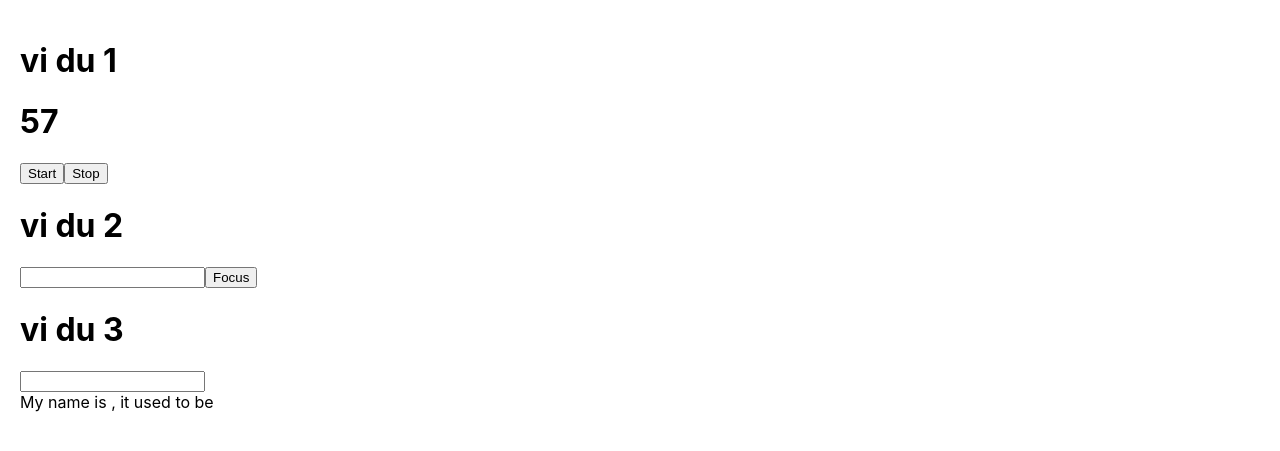
Repository: haidawngvn/hooks-bible
Page: /, after clicking the first element matching `button`
These files come from the project's save history. The page is drawn as it stood at one moment and after the next save; the edit follows.
The browser window is 1280 px wide. The pictures show the whole page.
The project was rebuilt for these pictures with package versions that can differ from the ones it lists, and the page was loaded fresh each time.

Above is the page before, as saved 2022-07-29 10:50:53.

### public/index.html
<!DOCTYPE html>
<html lang="en">
  <head>
    <meta charset="utf-8" />
    <link rel="icon" href="%PUBLIC_URL%/favicon.ico" />
    <meta name="viewport" content="width=device-width, initial-scale=1" />
    <meta name="theme-color" content="#000000" />
    <meta
      name="description"
      content="Web site created using create-react-app"
    />
    <link rel="apple-touch-icon" href="%PUBLIC_URL%/logo192.png" />
    <!--
      manifest.json provides metadata used when your web app is installed on a
      user's mobile device or desktop. See https://developers.google.com/web/fundamentals/web-app-manifest/
    -->
    <link rel="manifest" href="%PUBLIC_URL%/manifest.json" />
    <!--
      Notice the use of %PUBLIC_URL% in the tags above.
      It will be replaced with the URL of the `public` folder during the build.
      Only files inside the `public` folder can be referenced from the HTML.

      Unlike "/favicon.ico" or "favicon.ico", "%PUBLIC_URL%/favicon.ico" will
      work correctly both with client-side routing and a non-root public URL.
      Learn how to configure a non-root public URL by running `npm run build`.
    -->
    <title>Hooks Examples</title>
  </head>
  <body>
    <noscript>You need to enable JavaScript to run this app.</noscript>
    <div id="root"></div>
    <!--
      This HTML file is a template.
      If you open it directly in the browser, you will see an empty page.

      You can add webfonts, meta tags, or analytics to this file.
      The build step will place the bundled scripts into the <body> tag.

      To begin the development, run `npm start` or `yarn start`.
      To create a production bundle, use `npm run build` or `yarn build`.
    -->
  </body>
</html>

### src/index.js
import React from 'react';
import ReactDOM from 'react-dom/client';
import './index.css';
import App from './App';
import reportWebVitals from './reportWebVitals';


// Fake auto comment function
function emitComment(id) {
    setInterval(() => {
        window.dispatchEvent(
            new CustomEvent(`lesson-${id}`, {
                detail: `comment on lession-${id}`
            })
        )
    }, 2000)
}

emitComment(1)
emitComment(2)
emitComment(3)

const root = ReactDOM.createRoot(document.getElementById('root'));
root.render(
//   <React.StrictMode>
    <App />
//   </React.StrictMode>
);

// If you want to start measuring performance in your app, pass a function
// to log results (for example: reportWebVitals(console.log))
// or send to an analytics endpoint. Learn more: https://bit.ly/CRA-vitals
reportWebVitals();

### src/App.js
import  { useEffect, useLayoutEffect, useState, useRef } from 'react'

// useRef: khá giống useState (lưu các giá trị)
// nhưng khi setState để thay đổi giá trị thì sẽ re-render,
// còn thay đổi giá trị của ref thì kh phải re-render
// Lưu các giá trị qua 1 tham chiếu bên ngoài
// return 1 object có key return bằng giá trị của biến đc gán, vd {current: timerId}
// có thể truyền vô 1 init value để làm giá trị khởi tạo cho current

// most common use: reference elements inside phần HTML
// 2nd common use: store the previous value of the state

function App(){

    const [count, setCount] = useState(60)
    const [name, setName] = useState('')

    // nếu kh truyền init value vô useRef thì timerId.current lúc này là undefined
    const timerId = useRef()
    const prevCount = useRef()
    const h1Ref = useRef()
    const inputRef = useRef()
    const prevName = useRef('')

    useEffect(() => {
        prevCount.current = count
    }, [count])

    console.log(count, prevCount.current)

    const handleStart = () => {
        timerId.current = setInterval(() => {
            setCount(prev => prev -1)
        },1000)

        console.log('start', timerId.current);
    }


    const handleStop = () => {
        clearInterval(timerId.current)
        console.log('stop', timerId.current);
    }

    function focus() {
        inputRef.current.focus()
    }

    useEffect(() => {
        prevName.current = name
    }, [name])

    return(
        <div style={{ padding : 20 }}>
            <h1>vi du 1</h1>
            <h1 ref={h1Ref}>{count}</h1>
            <button onClick={handleStart}>Start</button>
            <button onClick={handleStop}>Stop</button>
            <h1>vi du 2</h1>
            <input type="text" ref={inputRef} />
            <button onClick={focus}>Focus</button>
            <h1>vi du 3</h1>
            <input type="text" value={name} onChange={e => setName(e.target.value)} />
            <div>My name is {name}, it used to be {prevName.current}</div>
        </div>
    )
}

export default App

Loaded but not shown: src/index.css (common file); src/reportWebVitals.js (common file)

After the next save:
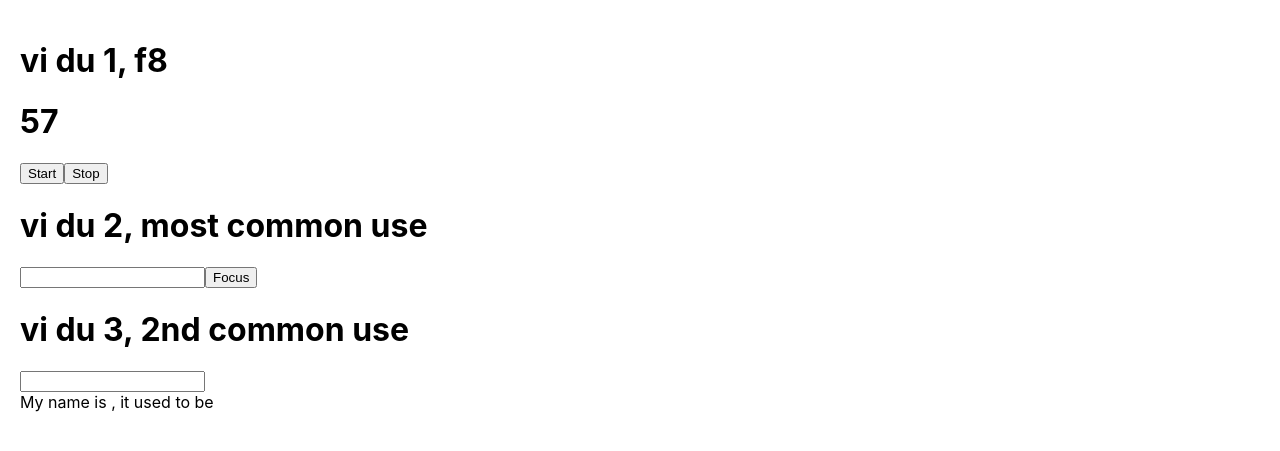
Saved 35 s later.
--- a/src/App.js
+++ b/src/App.js
@@ -52,14 +52,14 @@ function App(){
 
     return(
         <div style={{ padding : 20 }}>
-            <h1>vi du 1</h1>
+            <h1>vi du 1, f8</h1>
             <h1 ref={h1Ref}>{count}</h1>
             <button onClick={handleStart}>Start</button>
             <button onClick={handleStop}>Stop</button>
-            <h1>vi du 2</h1>
+            <h1>vi du 2, most common use</h1>
             <input type="text" ref={inputRef} />
             <button onClick={focus}>Focus</button>
-            <h1>vi du 3</h1>
+            <h1>vi du 3, 2nd common use</h1>
             <input type="text" value={name} onChange={e => setName(e.target.value)} />
             <div>My name is {name}, it used to be {prevName.current}</div>
         </div>
